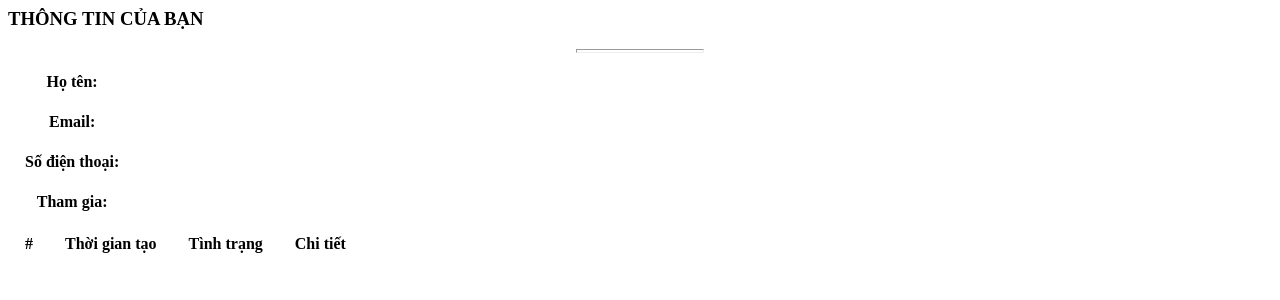
Repository: kienkiddo/BaiTapWebBanHang
Page: http://localhost/LapTrinhWebsite/home/view/about.jsp
The author's editor kept a copy of each file at every save. The page is drawn from the files as they stood at one save, then again after the next save.
The browser window is 1280 px wide. The pictures show the whole page.
The page is served by Tomcat 9.

Above is the page before, as saved 2022-05-12 06:06:09.

After the next save:
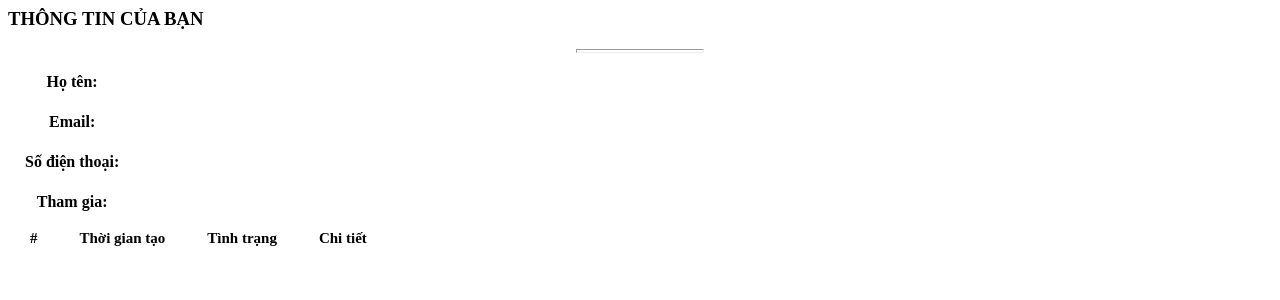
Saved 45 s later.
--- a/LapTrinhWebsite/src/main/webapp/home/view/about.jsp
+++ b/LapTrinhWebsite/src/main/webapp/home/view/about.jsp
@@ -2,9 +2,16 @@
 <%@ taglib prefix="c" uri="http://java.sun.com/jsp/jstl/core"%>
 
 <style>
-td, th {
+#info td, #info th {
 	padding: 10px 15px;
 }
+
+
+#history th, #history td {
+	font-size: 15px;
+	padding: 5px 20px !important;
+}
+
 </style>
 
 <div class="container pt-5">
@@ -12,7 +19,7 @@ td, th {
 	<hr style="width: 10%; height: 2px" class="color-main">
 	<div class="row mt-5">
 		<div class="col">
-			<table class="table">
+			<table class="table" id="info">
 				<tr>
 					<th>Họ tên:</th>
 					<td>${user.name}</td>
@@ -34,7 +41,7 @@ td, th {
 	</div>
 	<div class="row mt-5">
 		<div class="col">
-			<table class="table">
+			<table class="table" id="history">
 				<thead>
 					<th>#</th>
 					<th>Thời gian tạo</th>
